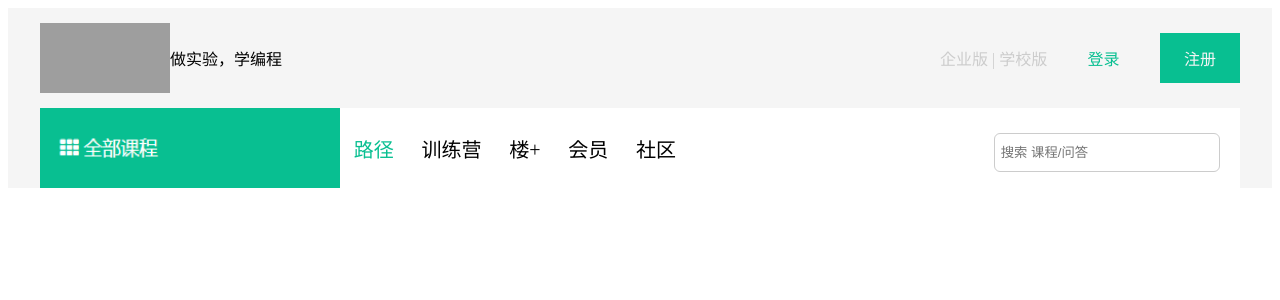
Repository: wuguozheng/xxbb
Page: /
These files come from the project's save history. The page is drawn as it stood at one moment and after the next save; the edit follows.
The browser window is 1280 px wide. The pictures show the whole page.
Pictures or frames that could not be fetched are drawn as grey boxes. The project was rebuilt for these pictures with package versions that can differ from the ones it lists, and the page was loaded fresh each time.

Above is the page before, as saved 2020-06-01 14:59:39.

### src/App.vue
<template>
  <div id="app">

    <router-view/>
  </div>
</template>

<style lang="scss">

</style>

### src/views/Home.vue
<template>
 <div>
    <mxs1></mxs1>
 </div>
</template>

<script>
import Mxs1 from '../components/home/Mxs1'
 export default {
   name: '',
   props: {
   },
   components: {
     Mxs1,
   },
   data () {
     return {

     }
   },
   methods: {

   },
   mounted() {

   },
   watch: {

   },
   computed: {

   }
 }
</script>

<style scoped lang='scss'>

</style>

### src/components/home/Mxs1.vue
<template>
  <div>
    <div class="rap">
      <div class="rap-1">
        <div class="left">
          <img
            data-v-7629dae3
            src="https://static.shiyanlou.com/frontend/dist/img/9f43b00.svg"
            alt="实验楼"
            width="130"
            height="70"
          />
          <div>做实验，学编程</div>
        </div>
        <div class="rap-2">
          <div class="timi-1">企业版 | 学校版</div>
          <div class="timi-2">登录</div>
          <div class="timi">注册</div>
        </div>
      </div>
      <div class="run">
        <img src="../home/QQ截图20200601133655.png" alt="" width="300" height="80">
        <div class="run-1">
          <div class="ki">路径</div>
          <div class="ki2">训练营</div>
          <div class="ki3">楼+</div>
          <div class="ki4">会员</div>
          <div class="ki5">社区</div>
        </div>
        <div class="run-2">
          <input type="text" placeholder=" 搜索 课程/问答" class="run-3">
        </div>
      </div>
    </div>
  </div>
</template>

<script>
export default {
  name: "",
  props: {},
  components: {},
  data() {
    return {};
  },
  methods: {},
  mounted() {},
  watch: {},
  computed: {}
};
</script>

<style scoped lang='scss'>
.rap {
  width: 100%;
  height: 180px;
  background: whitesmoke;
  display: flex;
  justify-content: center;
  align-items: center;
  flex-direction: column;
}
.rap-1 {
  width: 1200px;
  height: 100px;
  background: transparent;
  position: relative;
  display: flex;
  justify-content: center;
  align-items: center;
}
.left {
  position: absolute;
  left: 0;
  display: flex;
  justify-content: center;
  align-items: center;
}
.rap-2 {
  display: flex;
  width: 300px;
  height: 100px;
  background: transparent;
  justify-content: space-between;
  align-items: center;
  position: absolute;
  right: 0;
}
.timi {
  width: 80px;
  height: 50px;
  background: rgb(8, 191, 145);
  display: flex;
  justify-content: center;
  align-items: center;
  color: whitesmoke;
  &:hover {
    cursor: pointer;
  }
}
.timi-1 {
  color: #ccc;
  &:hover {
    cursor: pointer;
    color: rgb(8, 191, 145);
  }
}
.timi-2 {
  color: rgb(8, 191, 145);
  &:hover {
    cursor: pointer;
    color: #ccc;
  }
}
.run {
  width: 1200px;
  height: 80px;
  background: white;
  display: flex;
  position: relative;
}
.run-1 {
  width: 350px;
  height: 80px;
  background: transparent;
  display: flex;
  justify-content: space-around;
  align-items: center;
  font-size: 20px;
  &:hover {
    cursor: pointer;
  }
}
.run-2 {
  position: absolute;
  right: 20px;
  margin-top: 25px;
}
.run-3 {
  width: 220px;
  height: 35px;
  border: 1px solid #ccc;
  border-radius: 6px;
  &:hover{
    outline: none;
    border: 1px solid rgb(8, 191, 145);
  }
}
.ki {
  cursor: pointer;
   color: rgb(8, 191, 145);
}

</style>

Loaded but not shown: src/main.js (common file); src/router/index.js (common file); src/store/index.js (common file)

After the next save:
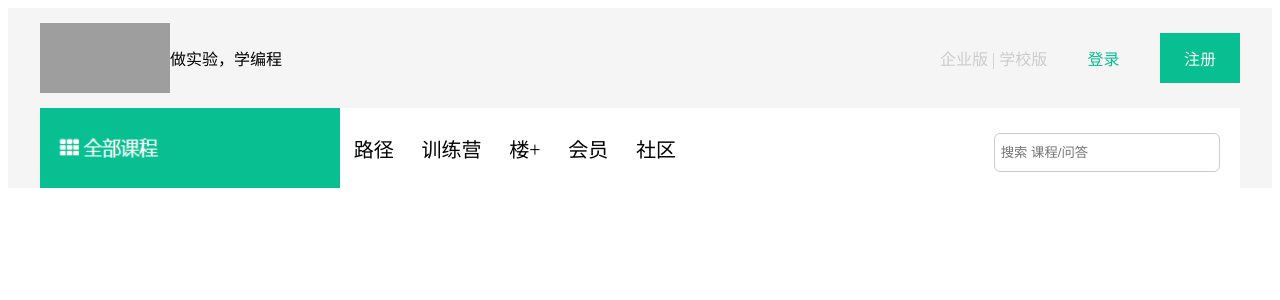
Saved 31 s later.
--- a/src/components/home/Mxs1.vue
+++ b/src/components/home/Mxs1.vue
@@ -146,9 +146,6 @@ export default {
     border: 1px solid rgb(8, 191, 145);
   }
 }
-.ki {
-  cursor: pointer;
-   color: rgb(8, 191, 145);
-}
+
 
 </style>
